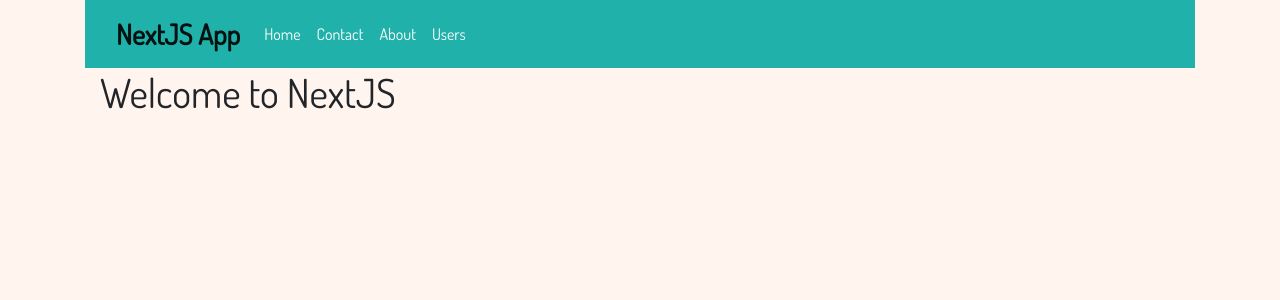
Repository: CaptainStorm21/NextJS-React16
Page: /
These files come from the project's save history. The page is drawn as it stood at one moment and after the next save; the edit follows.
The browser window is 1280 px wide. The pictures show the whole page.
The page's requests for data from a server got no answer. The project was rebuilt for these pictures with package versions that can differ from the ones it lists, and the page was loaded fresh each time. The framework's server and built-in components were replaced by stand-ins that run in the browser. No one was signed in, and anything a server would have sent is missing. Also part of the build but not shown: styles/main.css.

Above is the page before, as saved 2020-06-10 17:43:17.

### pages/index.js
import React, { Component } from "react";
import axios from "axios";
import MainLayout from "../components/layouts/MainLayout";
// import '../styles/main.css'
import MyStyle from '../styles/main.css';

export default class Home extends Component {
  static async getInitialProps({ pathname, query, asPath, req, res }) {
    let userData;

    try {
      const response = await axios.get(
        "http://jsonplaceholder.typicode.com/users/1"
      );
      userData = response.data;
      // console.log('getting loaded first')
      // console.log(userData)
    } catch {
      console.log("error");
    }
    // const request = axios.get('http://jsonplaceholder.typicode.com/users/1')
    //   .then(response => {
    //                             console.log(response.data)
    //                           })
    // console.log(context);

    console.log(pathname);
    console.log(res);
    console.log(req);

    return {
      user: {
        name: "Francis",
        lastName: "Medici",
      },
      userData,
    };
  }
  constructor(props) {
    super(props);
    // console.log("constructor");
    console.log(this.props.user);
    this.state = {
      user: this.props.user,
      userData: this.props.userData,
    };
  }
  render() {
    console.log(this.props.user);
    console.log(this.state);
    return (
      <>
        <MainLayout>
          <h1 className={MyStyle.superAwesome}>Welcome to NextJS</h1>
        </MainLayout>
      </>
    );
  }
}

### components/layouts/MainLayout.js
import React from "react";
import Header from "../includes/Header";
import Head from "next/head";

const mainLayout = (props) => (
  <>
    <Head>
      <title>Welcomet NextJS App</title>
      <link href="#" rel="stylesheet" />
      <link
        href="https://fonts.googleapis.com/css2?family=Dosis&display=swap"
        rel="stylesheet"
      />
      <link
        href="https://cdnjs.cloudflare.com/ajax/libs/twitter-bootstrap/4.3.1/css/bootstrap.min.css"
        rel="stylesheet"
      />
      <link href="/static/css/styles.css" rel="stylesheet" />
    </Head>
    <div className="mainLayout container">
      <Header />
      <div className="container">{props.children}</div>
    </div>
  </>
);

export default mainLayout;

### components/includes/Header.js
import React, { Component } from "react";
import Link from "next/link";

const Header = () => (
  <>
    <header>
      <div className="container">
        <nav className="navbar navbar-expand-lg navbar-light">
          <Link href="/">
            <a className="navbar-brand">NextJS App</a>
          </Link>

          <div className="collapse navbar-collapse">
            <div className="navbar-nav">
              <Link href="/">
                <a className="nav-item nav-link">Home</a>
              </Link>
              <Link href="/contact">
                <a className="nav-item nav-link">Contact</a>
              </Link>
              <Link href="/about">
                <a className="nav-item nav-link">About</a>
              </Link>
              <Link href="/users">
                <a className="nav-item nav-link">Users</a>
              </Link>
            </div>
          </div>
        </nav>
      </div>
    </header>
  </>
);

export default Header;

### static/css/styles.css
.contact_static {
  color: green;
  background-color: yellow;
}

header {
  background: #333333;
}

header .navbar-brand {
  color: darkslategrey;
  font-weight: 900;
  font-size:  28px !important;
}

header .navbar-nav .nav-item {
  color: #ffffff !important;
}

body {
  font-family: "Dosis", sans-serif;
  background-color:  seashell;
}

header {
  background: lightseagreen;
}

After the next save:
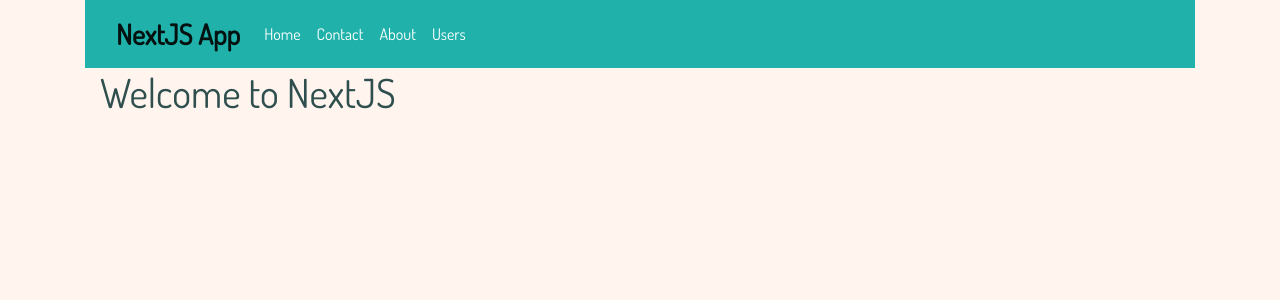
Saved 21 s later.
--- a/static/css/styles.css
+++ b/static/css/styles.css
@@ -20,6 +20,7 @@ header .navbar-nav .nav-item {
 body {
   font-family: "Dosis", sans-serif;
   background-color:  seashell;
+    color: darkslategrey;
 }
 
 header {
